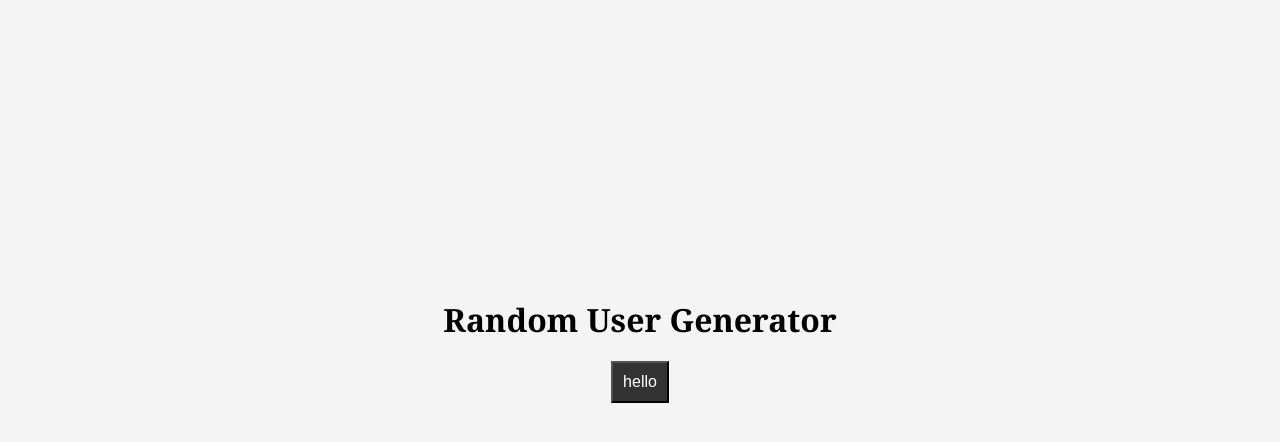
Repository: Patricious/Random_User-API
Page: /
These files come from the project's save history. The page is drawn as it stood at one moment and after a run of saves; the edit follows.
The browser window is 1280 px wide. The pictures show the whole page.
The project was rebuilt for these pictures with package versions that can differ from the ones it lists, and the page was loaded fresh each time.

Above is the page before, as saved 2021-08-17 08:56:18.

### src/index.js
import React from 'react';
import ReactDOM from 'react-dom';
import App from './App';



ReactDOM.render( < App / > ,
    document.getElementById('root')
);

### src/App.js
import './App.css';
import { useState } from "react";
import Button from './components/Button'

const App = () => {


    const [userData, setUserData] = useState([]);
    const [loading, setLoading] = useState(false);
    const [activeUser, setActiveUser] = useState(false);
    const [activeLink, setActiveLink] = useState(0);

    const onClickHandler = () => {
        console.log("is working")
    }


    return ( <
        div className = "App" >
        <
        h1 > Random User Generator < /h1>

        <
        Button isActive = { activeUser }
        clicked = { onClickHandler }
        / >

        <
        /div>
    );
}

export default App;

### src/App.css
* {
    margin: 0;
    padding: 0;
    box-sizing: border-box;
}

.App {
    display: flex;
    flex-direction: column;
    justify-content: center;
    align-items: center;
    width: 100%;
    height: 100vh;
    overflow: hidden;
    background-color: #f4f4f4;
    font-family: Georgia, 'Times New Roman', Times, serif;
}

button {
    margin: 20px;
    color: #ffffff;
    background: #333333;
    padding: 10px;
    font-size: 16px;
}

img {
    width: 250px;
    height: 250px;
    margin: 10px 0;
    border-radius: 50%;
    border: 1px solid #dedede;
}

.app_user {
    width: auto;
    height: auto;
    display: flex;
    align-items: center;
    justify-content: center;
    flex-direction: column;
}

.app_icons {
    display: flex;
    align-items: center;
    justify-content: center;
}

.app_icons .fas {
    margin: 0 30px;
    transition: all 0.2s ease;
}

.app_icons .fas:hover {
    transform: scale(1.1);
    cursor: pointer;
}

### src/components/Button.js
import React from 'react'

function Button() {
    return ( <
        div >
        <
        button > hello < /button> < /
        div >
    )
}

export default Button

Loaded but not shown: public/index.html (common file)

After the next 2 saves:
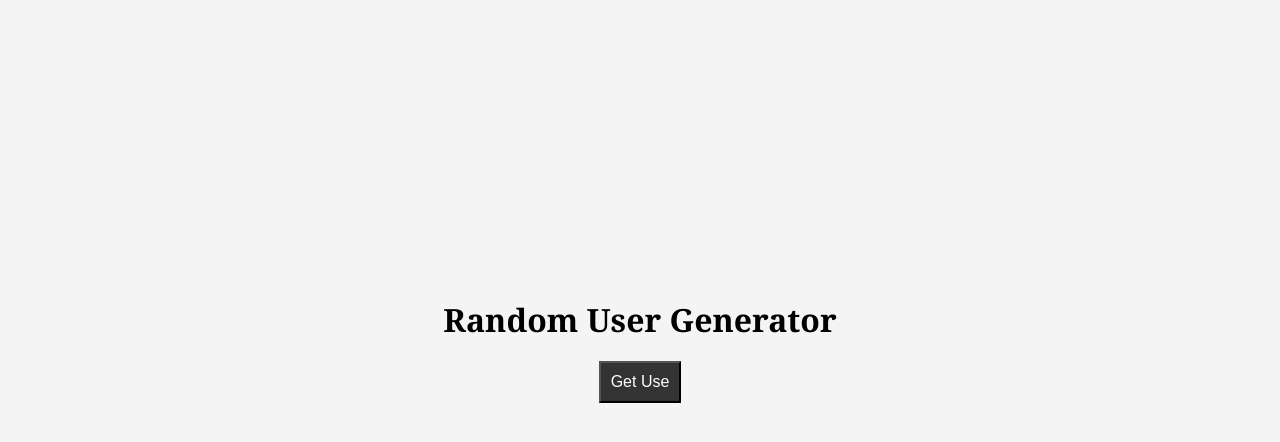
The 2 saves are shown as one change because they came seconds apart.
The last was saved 76 s later.
--- a/src/components/Button.js
+++ b/src/components/Button.js
@@ -4,7 +4,7 @@ function Button() {
     return ( <
         div >
         <
-        button > hello < /button> < /
+        button > Get Use < /button> < /
         div >
     )
 }
